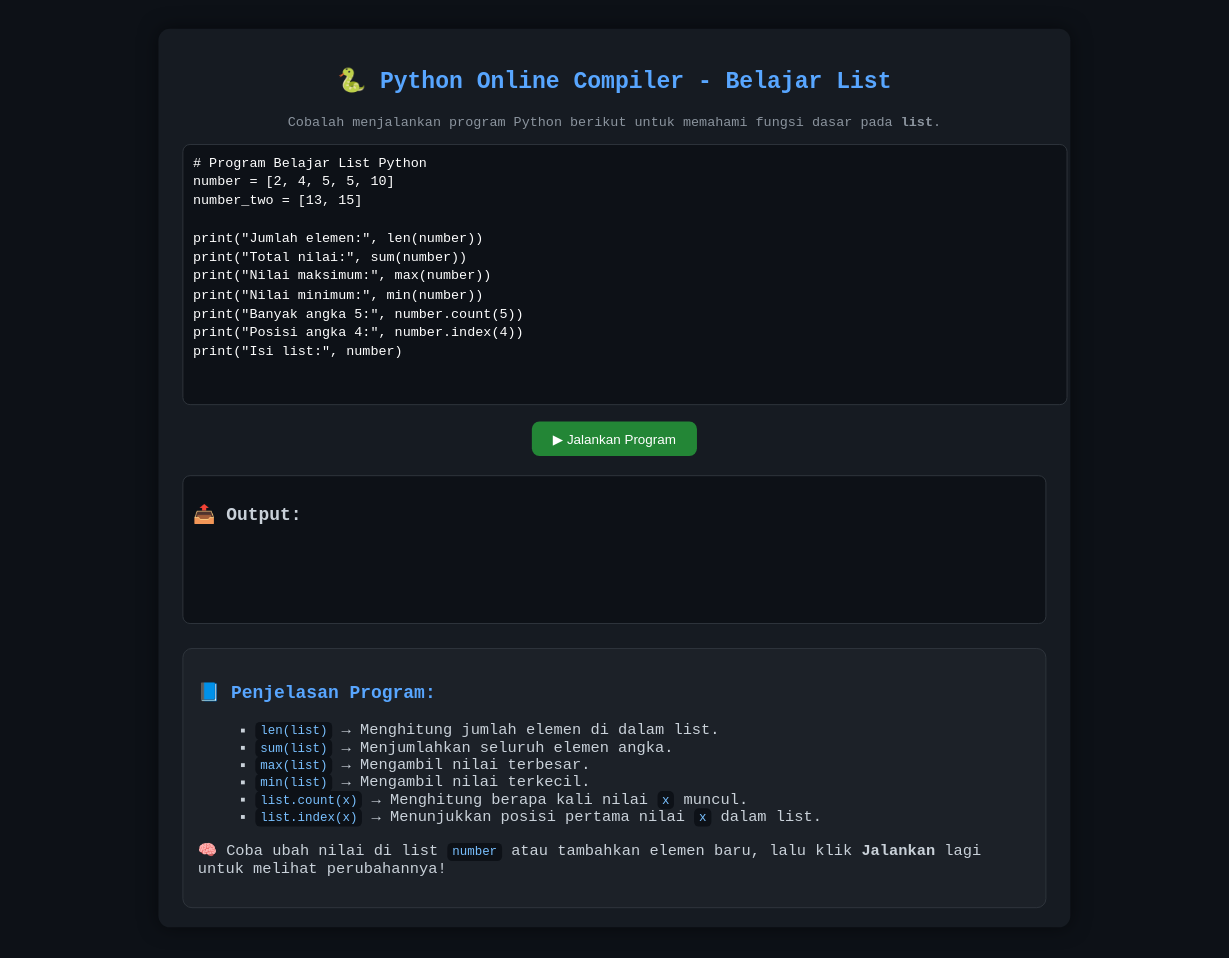
Repository: smkmutipugademak/Array
Page: index.html
The author's editor kept a copy of each file at every save. The page is drawn from the files as they stood at one save, then again after the next save.
The browser window is 1280 px wide. The pictures show the whole page, at 96% of full size.

Above is the page before, as saved 2025-11-11 04:27:49.

After the next save:
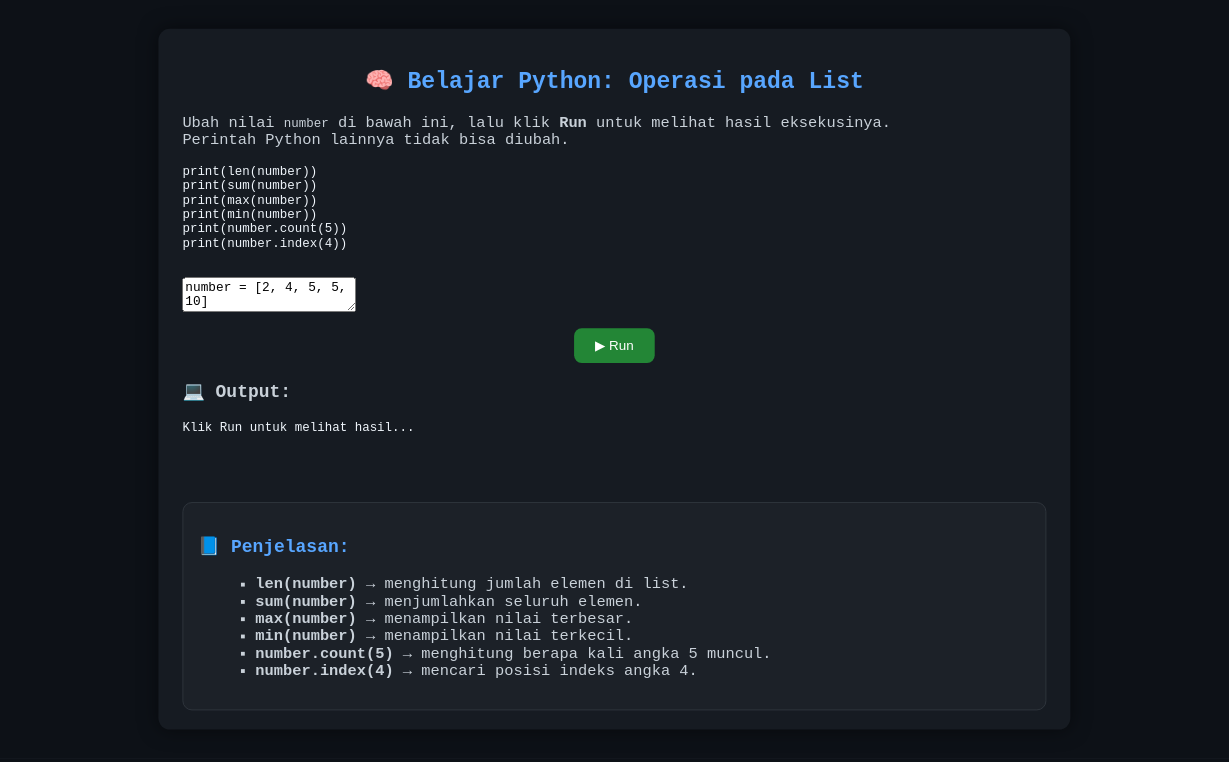
Saved 3 min 54 s later.
--- a/index.html
+++ b/index.html
@@ -4,59 +4,52 @@
 <head>
     <meta charset="UTF-8">
     <meta name="viewport" content="width=device-width, initial-scale=1.0">
-    <title>Python Belajar Interaktif</title>
+    <title>Belajar Python List Interaktif</title>
     <link rel="stylesheet" href="style.css">
 </head>
 
 <body>
     <div class="container">
-        <h2>🐍 Python Online Compiler - Belajar List</h2>
-        <p class="subtitle">
-            Cobalah menjalankan program Python berikut untuk memahami fungsi dasar pada <b>list</b>.
+        <h2>🧠 Belajar Python: Operasi pada List</h2>
+        <p class="desc">
+            Ubah nilai <code>number</code> di bawah ini, lalu klik <b>Run</b> untuk melihat hasil eksekusinya.<br>
+            Perintah Python lainnya tidak bisa diubah.
         </p>
 
-        <div class="editor-container">
-            <textarea id="editor" spellcheck="false">
-# Program Belajar List Python
-number = [2, 4, 5, 5, 10]
-number_two = [13, 15]
-
-print("Jumlah elemen:", len(number))
-print("Total nilai:", sum(number))
-print("Nilai maksimum:", max(number))
-print("Nilai minimum:", min(number))
-print("Banyak angka 5:", number.count(5))
-print("Posisi angka 4:", number.index(4))
-print("Isi list:", number)
-      </textarea>
+        <div class="editor-box">
+            <div class="readonly-code">
+                <pre>
+print(len(number))
+print(sum(number))
+print(max(number))
+print(min(number))
+print(number.count(5))
+print(number.index(4))
+                </pre>
+            </div>
+            <textarea id="editable" spellcheck="false">number = [2, 4, 5, 5, 10]</textarea>
         </div>
 
-        <button id="runBtn">▶ Jalankan Program</button>
+        <button id="runBtn">▶ Run</button>
 
-        <div class="output-container">
-            <h3>📤 Output:</h3>
-            <pre id="output"></pre>
+        <div class="output-box">
+            <h3>💻 Output:</h3>
+            <pre id="output">Klik Run untuk melihat hasil...</pre>
         </div>
 
         <div class="explanation">
-            <h3>📘 Penjelasan Program:</h3>
+            <h3>📘 Penjelasan:</h3>
             <ul>
-                <li><code>len(list)</code> → Menghitung jumlah elemen di dalam list.</li>
-                <li><code>sum(list)</code> → Menjumlahkan seluruh elemen angka.</li>
-                <li><code>max(list)</code> → Mengambil nilai terbesar.</li>
-                <li><code>min(list)</code> → Mengambil nilai terkecil.</li>
-                <li><code>list.count(x)</code> → Menghitung berapa kali nilai <code>x</code> muncul.</li>
-                <li><code>list.index(x)</code> → Menunjukkan posisi pertama nilai <code>x</code> dalam list.</li>
+                <li><b>len(number)</b> → menghitung jumlah elemen di list.</li>
+                <li><b>sum(number)</b> → menjumlahkan seluruh elemen.</li>
+                <li><b>max(number)</b> → menampilkan nilai terbesar.</li>
+                <li><b>min(number)</b> → menampilkan nilai terkecil.</li>
+                <li><b>number.count(5)</b> → menghitung berapa kali angka 5 muncul.</li>
+                <li><b>number.index(4)</b> → mencari posisi indeks angka 4.</li>
             </ul>
-            <p>
-                🧠 Coba ubah nilai di list <code>number</code> atau tambahkan elemen baru, lalu klik <b>Jalankan</b>
-                lagi untuk melihat perubahannya!
-            </p>
         </div>
     </div>
 
-    <script src="https://cdn.jsdelivr.net/npm/skulpt@1.2.0/dist/skulpt.min.js"></script>
-    <script src="https://cdn.jsdelivr.net/npm/skulpt@1.2.0/dist/skulpt-stdlib.js"></script>
     <script src="script.js"></script>
 </body>
 
